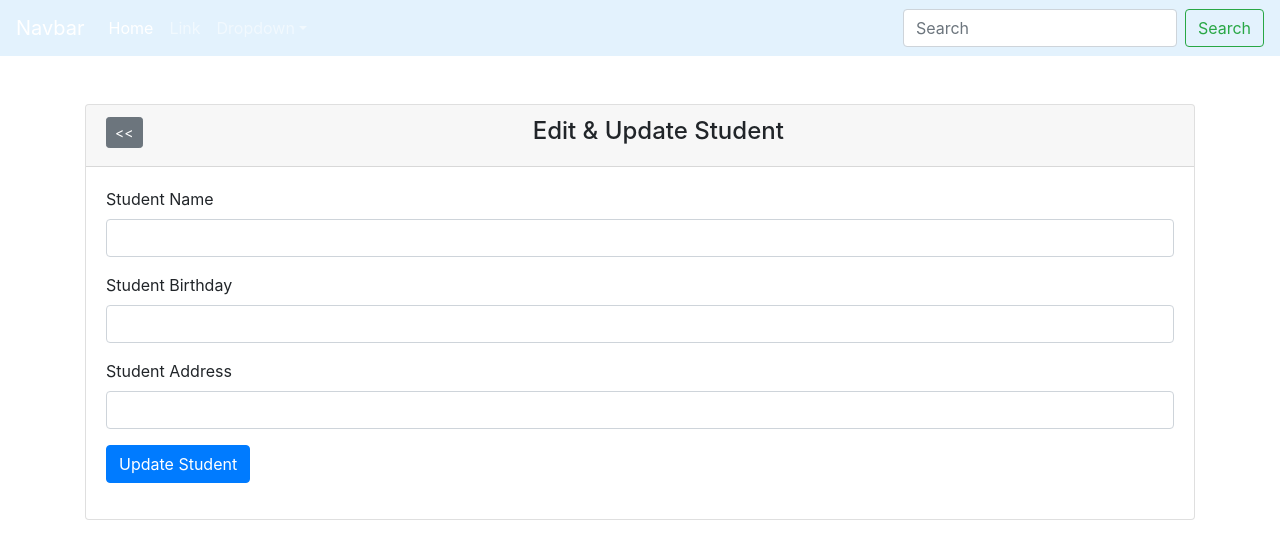
Repository: HungRau/TLU3675-php-laravel
Page: resources/views/student_edit.blade.php
An editor plug-in stored every save of this project. The page is shown before and after the next save, followed by the edit.
The browser window is 1280 px wide. The pictures show the whole page.
The page is served by the project's Laravel application, run on PHP 8.4 with Laravel 9. Other server files are loaded and not shown. The template is opened directly, without the code that normally fills it, so the values that code supplies are empty.

Above is the page before, as saved 2022-10-15 18:56:21.

### routes/web.php
<?php

use Illuminate\Support\Facades\Route;
use App\Http\Controllers\StudentController; //add

/*
|--------------------------------------------------------------------------
| Web Routes
|--------------------------------------------------------------------------
|
| Here is where you can register web routes for your application. These
| routes are loaded by the RouteServiceProvider within a group which
| contains the "web" middleware group. Now create something great!
|
*/

Route::get('/', function () {
    return view('welcome');
});
Route::get('/student-manage', [StudentController::class, 'get_all_student']);

Route::get('student-edit/{id}', [StudentController::class, 'edit']);

Route::put('student-update/{id}', [StudentController::class, 'update']);

### resources/views/student_edit.blade.php
<!doctype html>
<html lang="en">
  <head>
    <title>Title</title>
    <!-- Required meta tags -->
    <meta charset="utf-8">
    <meta name="viewport" content="width=device-width, initial-scale=1, shrink-to-fit=no">

    <!-- Bootstrap CSS -->
    <link rel="stylesheet" href="https://stackpath.bootstrapcdn.com/bootstrap/4.3.1/css/bootstrap.min.css" integrity="sha384-ggOyR0iXCbMQv3Xipma34MD+dH/1fQ784/j6cY/iJTQUOhcWr7x9JvoRxT2MZw1T" crossorigin="anonymous">
  </head>
  <body>
    <nav class="navbar navbar-expand-sm navbar-dark" style="background-color: #e3f2fd;">
        <a class="navbar-brand" href="#">Navbar</a>
        <button class="navbar-toggler d-lg-none" type="button" data-toggle="collapse" data-target="#collapsibleNavId" aria-controls="collapsibleNavId"
            aria-expanded="false" aria-label="Toggle navigation"></button>
        <div class="collapse navbar-collapse" id="collapsibleNavId">
            <ul class="navbar-nav mr-auto mt-2 mt-lg-0">
                <li class="nav-item active">
                    <a class="nav-link" href="#">Home <span class="sr-only">(current)</span></a>
                </li>
                <li class="nav-item">
                    <a class="nav-link" href="#">Link</a>
                </li>
                <li class="nav-item dropdown">
                    <a class="nav-link dropdown-toggle" href="#" id="dropdownId" data-toggle="dropdown" aria-haspopup="true" aria-expanded="false">Dropdown</a>
                    <div class="dropdown-menu" aria-labelledby="dropdownId">
                        <a class="dropdown-item" href="#">Action 1</a>
                        <a class="dropdown-item" href="#">Action 2</a>
                    </div>
                </li>
            </ul>
            <form class="form-inline my-2 my-lg-0">
                <input class="form-control mr-sm-2" type="text" placeholder="Search">
                <button class="btn btn-outline-success my-2 my-sm-0" type="submit">Search</button>
            </form>
        </div>
    </nav>
    <div class="container">
      <div class="row">
          <div class="col-md-12 mt-5">@if(session('status'))
                    <div class="alert alert-success">
                        {{ session('status') }}
                    </div>
                @endif
              <div class="card">
                  <div class="card-header">
                      <a href="{{ url('student-manage') }}" class="btn btn-secondary btn-sm float-left"><<</a>
                      <h4 class="text-center fw-bold">Edit & Update Student</h4>
                  </div>
                  <div class="card-body">
                      <form action="{{ url('student-update/'.$students->id) }}" method="POST">
                          @csrf
                          @method('PUT')

                          <div class="form-group mb-3">
                              <label for="">Student Name</label>
                              <input type="text" name="fullname" value="{{$students->fullname}}" class="form-control">
                          </div>
                          <div class="form-group mb-3">
                              <label for="">Student Birthday</label>
                              <input type="text" name="birthday" value="{{$students->birthday}}" class="form-control">
                          </div>
                          <div class="form-group mb-3">
                              <label for="">Student Address</label>
                              <input type="text" name="address" value="{{$students->address}}" class="form-control">
                          </div>
                          <div class="form-group mb-3">
                              <button type="submit" class="btn btn-primary">Update Student</button>
                          </div>

                      </form>
                  </div>
                  {{-- Thông báo thành công --}}

              </div>
          </div>
      </div>
  </div>

  </body>
</html>

After the next save:
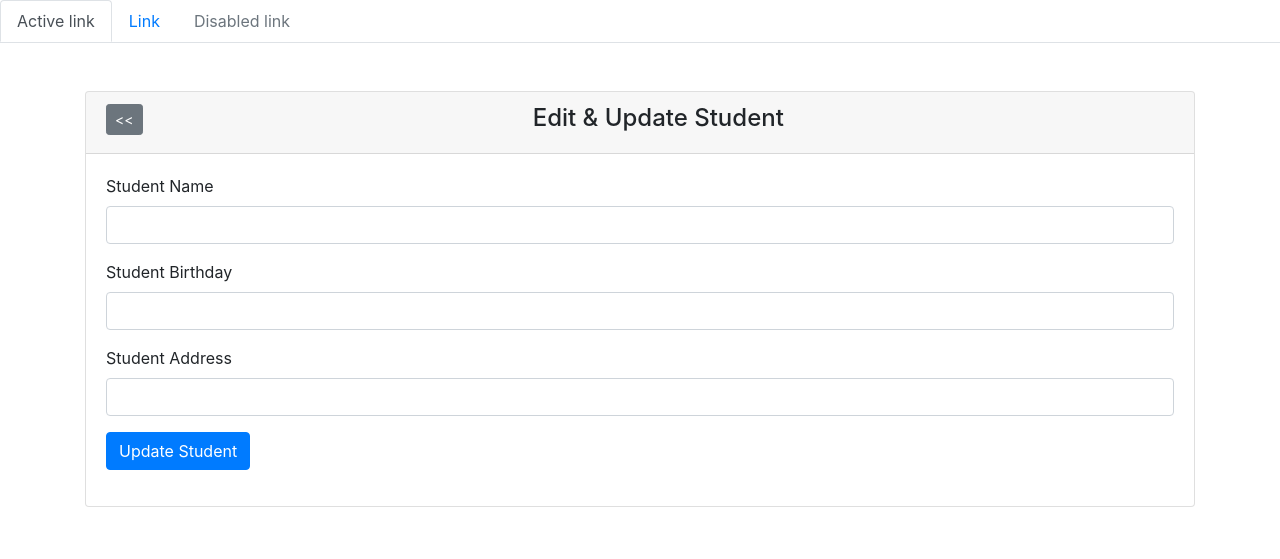
Saved 10 s later.
--- a/resources/views/student_edit.blade.php
+++ b/resources/views/student_edit.blade.php
@@ -10,31 +10,10 @@
     <link rel="stylesheet" href="https://stackpath.bootstrapcdn.com/bootstrap/4.3.1/css/bootstrap.min.css" integrity="sha384-ggOyR0iXCbMQv3Xipma34MD+dH/1fQ784/j6cY/iJTQUOhcWr7x9JvoRxT2MZw1T" crossorigin="anonymous">
   </head>
   <body>
-    <nav class="navbar navbar-expand-sm navbar-dark" style="background-color: #e3f2fd;">
-        <a class="navbar-brand" href="#">Navbar</a>
-        <button class="navbar-toggler d-lg-none" type="button" data-toggle="collapse" data-target="#collapsibleNavId" aria-controls="collapsibleNavId"
-            aria-expanded="false" aria-label="Toggle navigation"></button>
-        <div class="collapse navbar-collapse" id="collapsibleNavId">
-            <ul class="navbar-nav mr-auto mt-2 mt-lg-0">
-                <li class="nav-item active">
-                    <a class="nav-link" href="#">Home <span class="sr-only">(current)</span></a>
-                </li>
-                <li class="nav-item">
-                    <a class="nav-link" href="#">Link</a>
-                </li>
-                <li class="nav-item dropdown">
-                    <a class="nav-link dropdown-toggle" href="#" id="dropdownId" data-toggle="dropdown" aria-haspopup="true" aria-expanded="false">Dropdown</a>
-                    <div class="dropdown-menu" aria-labelledby="dropdownId">
-                        <a class="dropdown-item" href="#">Action 1</a>
-                        <a class="dropdown-item" href="#">Action 2</a>
-                    </div>
-                </li>
-            </ul>
-            <form class="form-inline my-2 my-lg-0">
-                <input class="form-control mr-sm-2" type="text" placeholder="Search">
-                <button class="btn btn-outline-success my-2 my-sm-0" type="submit">Search</button>
-            </form>
-        </div>
+    <nav class="nav nav-tabs nav-stacked">
+        <a class="nav-link active" href="#">Active link</a>
+        <a class="nav-link" href="#">Link</a>
+        <a class="nav-link disabled" href="#">Disabled link</a>
     </nav>
     <div class="container">
       <div class="row">
